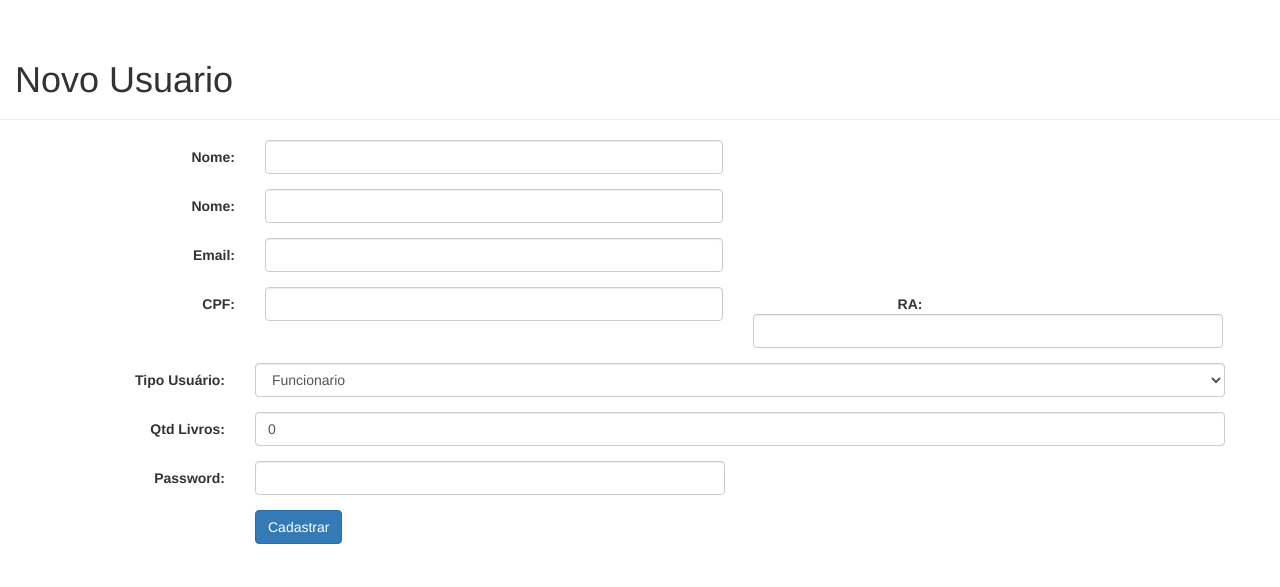
Repository: stefanyco/biblioteca
Page: http://localhost/Biblioteca/usuarioAdicionar.jsp
The author's editor kept a copy of each file at every save. The page is drawn from the files as they stood at one save, then again after the next save.
The browser window is 1280 px wide. The pictures show the whole page.
The page is served by Tomcat 9. Other server files are loaded and not shown.

Above is the page before, as saved 2016-11-06 22:14:26.

### Sistema Biblioteca/Biblioteca/WebContent/usuarioAdicionar.jsp
<%@ page language="java" contentType="text/html; charset=ISO-8859-1"
	pageEncoding="ISO-8859-1"%>
<!DOCTYPE html PUBLIC "-//W3C//DTD HTML 4.01 Transitional//EN" "http://www.w3.org/TR/html4/loose.dtd">
<html>
<head>
<meta http-equiv="Content-Type" content="text/html; charset=ISO-8859-1">
<link href="bootstrap.min.css" rel="stylesheet">
<title>*** Novo Usuario ***</title>
</head>
<body>
	<div class="page-header col-md-12">
		<h1>Novo Usuario</h1>
	</div>
	<div class="container">
		<div class="row">
			<div class="col-xs-12">
				<form action="usuario?acao=cadastrar" class="form-horizontal" method="post">
					<div class="form-group">
						<label for="ativo" class="col-xs-2 control-label">Nome:</label>
						<div class="col-xs-5">
							<input type="text" class="form-control" name="ativo" required maxlength="50">
						</div>
					</div>
					<div class="form-group">
						<label for="nome" class="col-xs-2 control-label">Nome:</label>
						<div class="col-xs-5">
							<input type="text" class="form-control" name="nome" required maxlength="50">
						</div>
					</div>
					<div class="form-group">
						<label for="email" class="col-xs-2 control-label">Email:</label>
						<div class="col-xs-5">
							<input type="text" class="form-control" name="email" required maxlength="50">
						</div>
					</div>
					<div class="form-group">
						<label for="cpf" class="col-xs-2 control-label">CPF:</label>
						<div class="col-xs-5">
							<input type="text" class="form-control" name="cpf" required maxlength="50">
					</div>
					<div class="form-group">
						<label for="ra" class="col-xs-2 control-label">RA:</label>
						<div class="col-xs-5">
							<input type="text" class="form-control" name="ra" required maxlength="50">
						</div>
					</div>
					<div class="form-group">
							<label class="col-xs-2 control-label">Tipo Usuário:</label>
							<div class="col-xs-10">
								<select class="form-control" name="tipoUsuario">
									<option value="Funcionario">Funcionario</option>
									<option value="Aluno">Aluno</option>
									<option value="Professor">Professor</option>
								</select>
							</div>
					</div>
					<div class="form-group">
							<label for="qtd" class="col-xs-2 control-label" >Qtd Livros:</label>
							<div class="col-xs-10">
								<input value="0" class="form-control" name="qtd" id="Qtd">
							</div>
					</div>
					<div class="form-group">
						<label for="nome" class="col-xs-2 control-label">Password:</label>
						<div class="col-xs-5">
							<input type="password" class="form-control" name="nome" required maxlength="50">
						</div>
					</div>
					<div class="form-group">
						<div class="col-xs-offset-2 col-xs-10">
							<button type="submit" class="btn btn-primary">Cadastrar</button>
						</div>
					</div>
				</form>
			</div>
		</div>
	</div>
</body>
</html>

Loaded but not shown: Sistema Biblioteca/Biblioteca/WebContent/bootstrap.min.css (library)

After the next save:
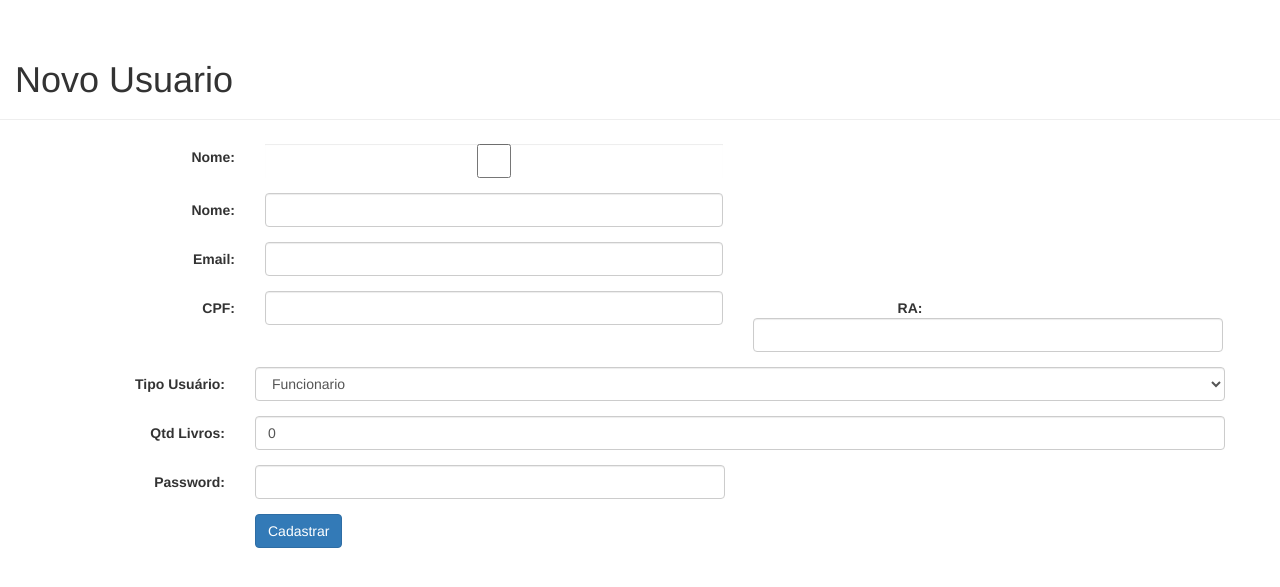
Saved 8 s later.
--- a/Sistema Biblioteca/Biblioteca/WebContent/usuarioAdicionar.jsp
+++ b/Sistema Biblioteca/Biblioteca/WebContent/usuarioAdicionar.jsp
@@ -18,7 +18,7 @@
 					<div class="form-group">
 						<label for="ativo" class="col-xs-2 control-label">Nome:</label>
 						<div class="col-xs-5">
-							<input type="text" class="form-control" name="ativo" required maxlength="50">
+							<input type="checkbox" class="form-control" name="ativo" required maxlength="50">
 						</div>
 					</div>
 					<div class="form-group">
